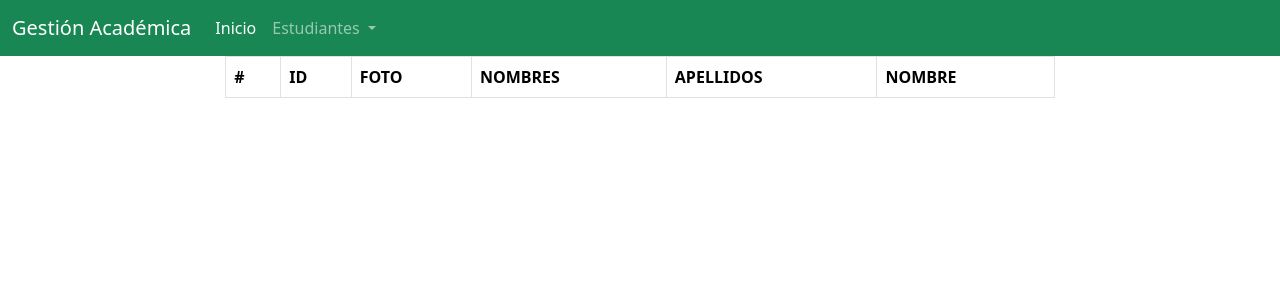
Repository: cesartomedes/frontacademico
Page: /
The author's editor kept a copy of each file at every save. The page is drawn from the files as they stood at one save, then again after the next save.
The browser window is 1280 px wide. The pictures show the whole page.
The project was rebuilt for these pictures with package versions that can differ from the ones it lists, and the page was loaded fresh each time. Also part of the build but not shown: vue.config.js, src/components/HelloWorld.vue, src/views/EstudianteNew.vue, src/views/EstudianteEdit.vue, src/views/EstudianteView.vue.

Above is the page before, as saved 2023-10-24 15:44:14.

### src/main.js
import { createApp } from 'vue'
import App from './App.vue'
import router from './router'
import store from './store'
import '@fortawesome/fontawesome-free/css/all.min.css'
import 'bootstrap/dist/css/bootstrap.css'


createApp(App).use(store).use(router).mount('#app')

import 'bootstrap/dist/js/bootstrap'

### src/App.vue
<template>
      <nav class="navbar navbar-expand-lg navbar-dark bg-success">
        <div class="container-fluid">
          <a class="navbar-brand" href="#">Gestión Académica</a>
          <button class="navbar-toggler" type="button" data-bs-toggle="collapse" data-bs-target="#navbarSupportedContent" aria-controls="navbarSupportedContent" aria-expanded="false" aria-label="Toggle navigation">
            <span class="navbar-toggler-icon"></span>
          </button>
          <div class="collapse navbar-collapse" id="navbarSupportedContent">
            <ul class="navbar-nav me-auto mb-2 mb-lg-0">
              <li class="nav-item">
                <a class="nav-link active" aria-current="page" href="#">Inicio</a>
              </li>

              <li class="nav-item dropdown">
                <a class="nav-link dropdown-toggle" href="#" role="button" data-bs-toggle="dropdown" aria-expanded="false">
                  Estudiantes
                </a>
                <ul class="dropdown-menu">

                  <li>
                    <router-link class="dropdown-item" to="/">Listar Estudiantes</router-link>
                  </li>

                  <li>
                    <router-link class="dropdown-item" to="/createE">Registrar Nuevo</router-link>
                  </li>
                  <li><hr class="dropdown-divider"></li>
                  <li><a class="dropdown-item" href="#">Something else here</a></li>
                </ul>
              </li>
            </ul>

          </div>
        </div>
    </nav>
    <div class="container-fluid">
      <router-view/>
    </div>

</template>

### src/router/index.js
import { createRouter, createWebHashHistory } from 'vue-router'
import HomeView from '../views/HomeView.vue'
import EstudianteNew from '../views/EstudianteNew.vue'
import EstudianteEdit from '../views/EstudianteEdit.vue'
import EstudianteView from '../views/EstudianteView.vue'

const routes = [
  {
    path: '/',
    name: 'home',
    component: HomeView
  },

  {
    path: '/createE',
    name: 'createE',
    component: EstudianteNew
  },

  {
    path: '/editE/:id',
    name: 'editE',
    component: EstudianteEdit
  },

  {
    path: '/viewE/:id',
    name: 'viewE',
    component: EstudianteView
  }
]

const router = createRouter({
  history: createWebHashHistory(),
  routes
})

export default router

### src/views/HomeView.vue
<template>
      <div class="row">
        <div class="col-lg-8 offset-lg-2">
          <div class="table-responsive">
            <table class="table table-bordered table-hover">
              <thead>
                <tr>
                  <th>#</th>
                  <th>ID</th>
                  <th>FOTO</th>
                  <th>NOMBRES</th>
                  <th>APELLIDOS</th>
                  <th>NOMBRE</th>
                </tr>
              </thead>
            </table>
          </div>
        </div>
      </div>
</template>

<script>
// @ is an alias to /src
import HelloWorld from '@/components/HelloWorld.vue'

export default {
  name: 'HomeView',
  components: {
    HelloWorld
  }
}
</script>

Loaded but not shown: public/index.html (common file); src/store/index.js (common file)

After the next save:
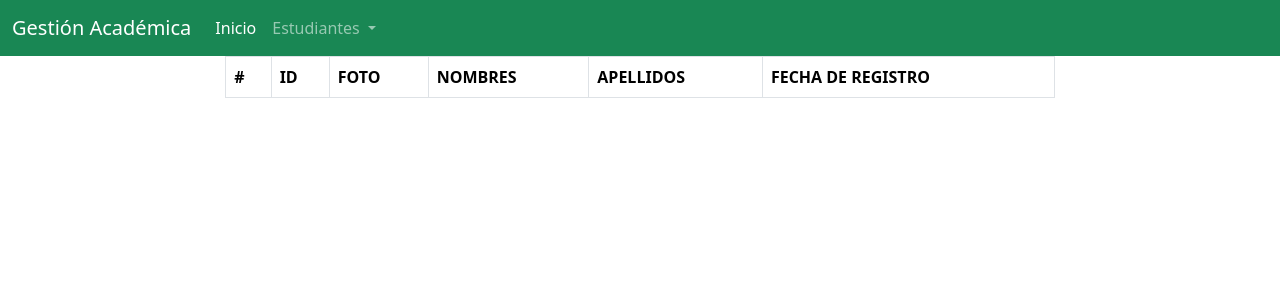
Saved 6 s later.
--- a/src/views/HomeView.vue
+++ b/src/views/HomeView.vue
@@ -10,7 +10,7 @@
                   <th>FOTO</th>
                   <th>NOMBRES</th>
                   <th>APELLIDOS</th>
-                  <th>NOMBRE</th>
+                  <th>FECHA DE REGISTRO</th>
                 </tr>
               </thead>
             </table>
